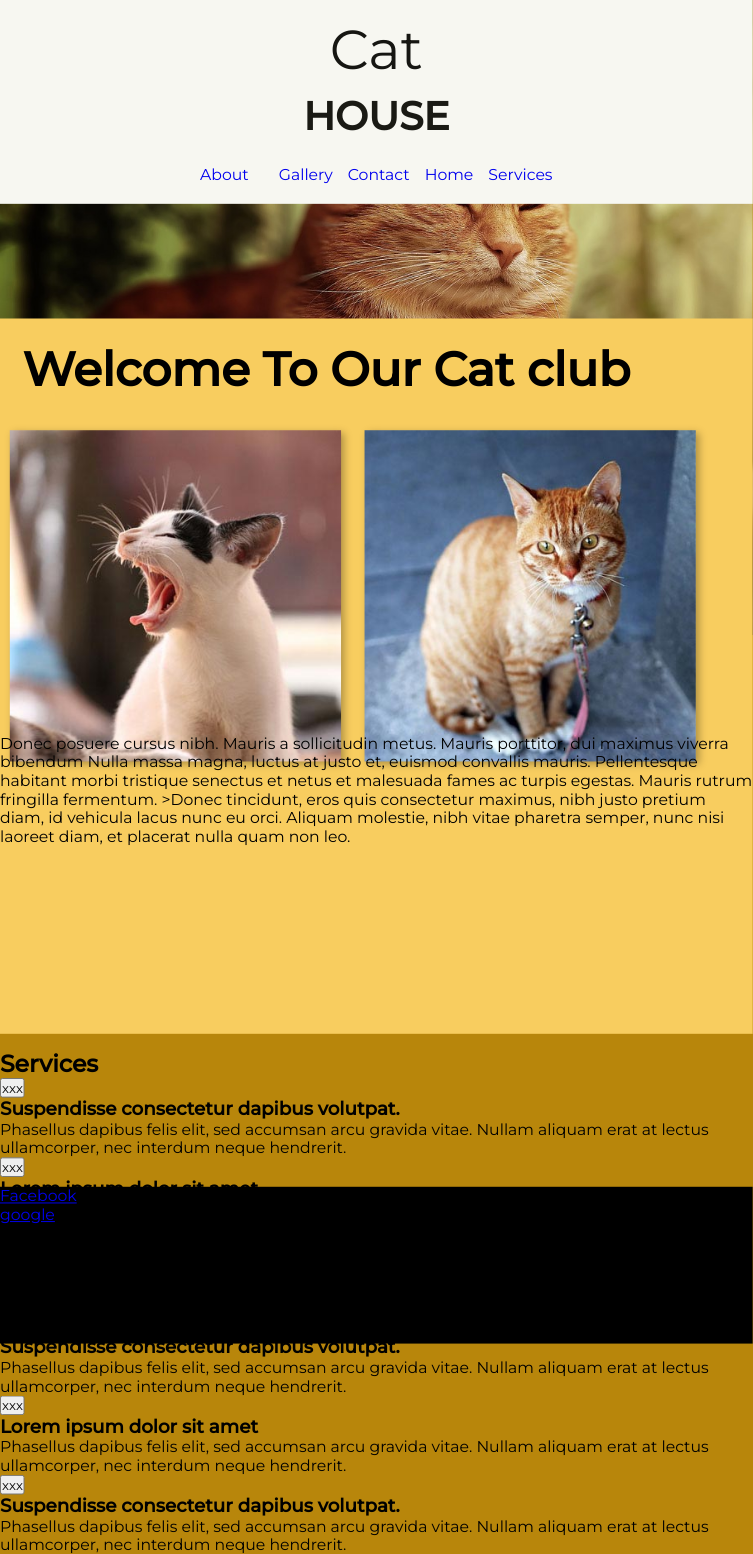
Repository: raul4264/final
Page: index.html
The author's editor kept a copy of each file at every save. The page is drawn from the files as they stood at one save, then again after the next save.
The browser window is 768 px wide. The pictures show the whole page, at 98% of full size.

Above is the page before, as saved 2021-03-28 14:20:24.

After the next save:
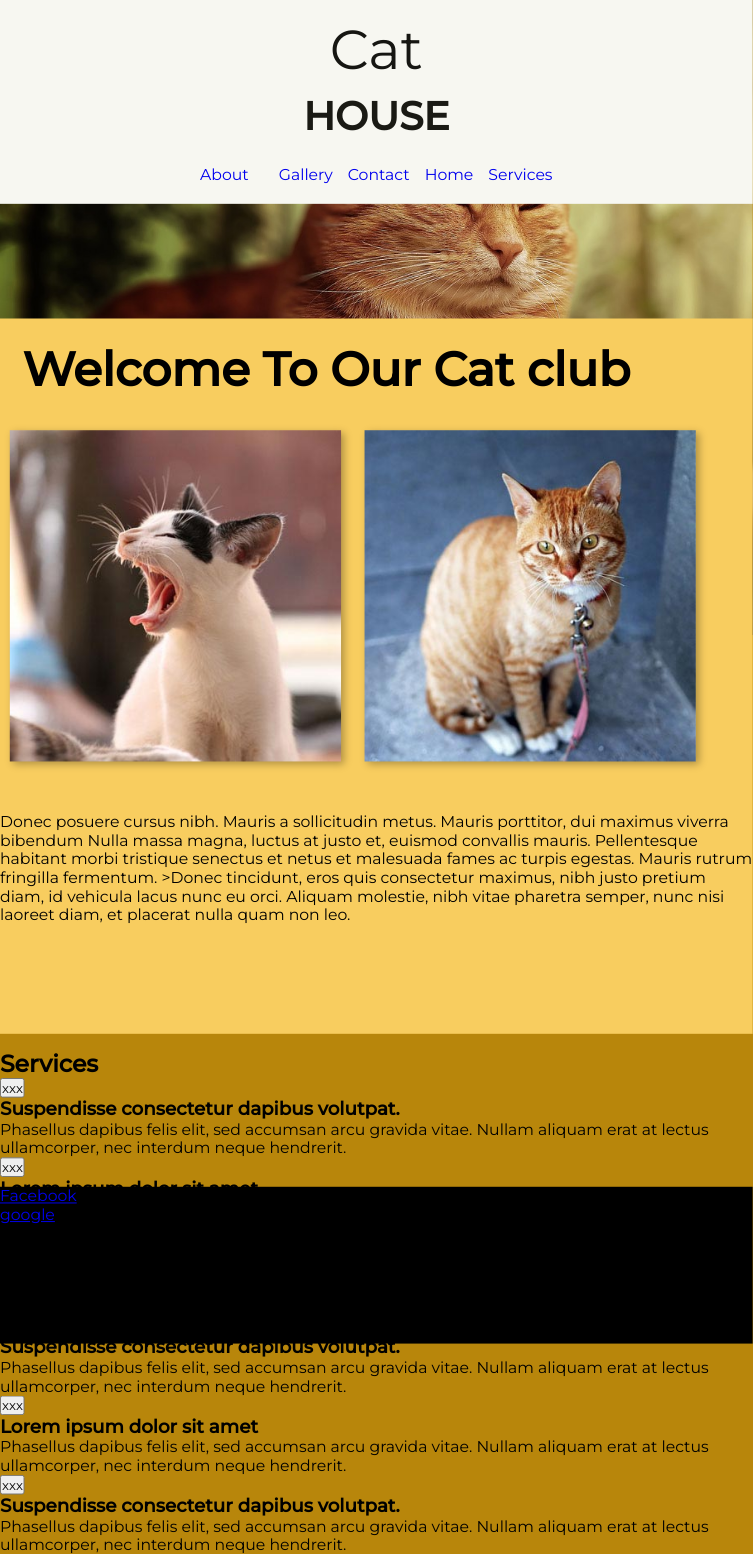
Saved 5 s later.
--- a/css/estilos.css
+++ b/css/estilos.css
@@ -395,7 +395,7 @@
     }
     .cards2 {
 
-        margin-top: 8vh;
+        margin-top: 18vh;
         grid-column-start: 1;
         grid-column-end: 2;
         grid-row-start: 2;
